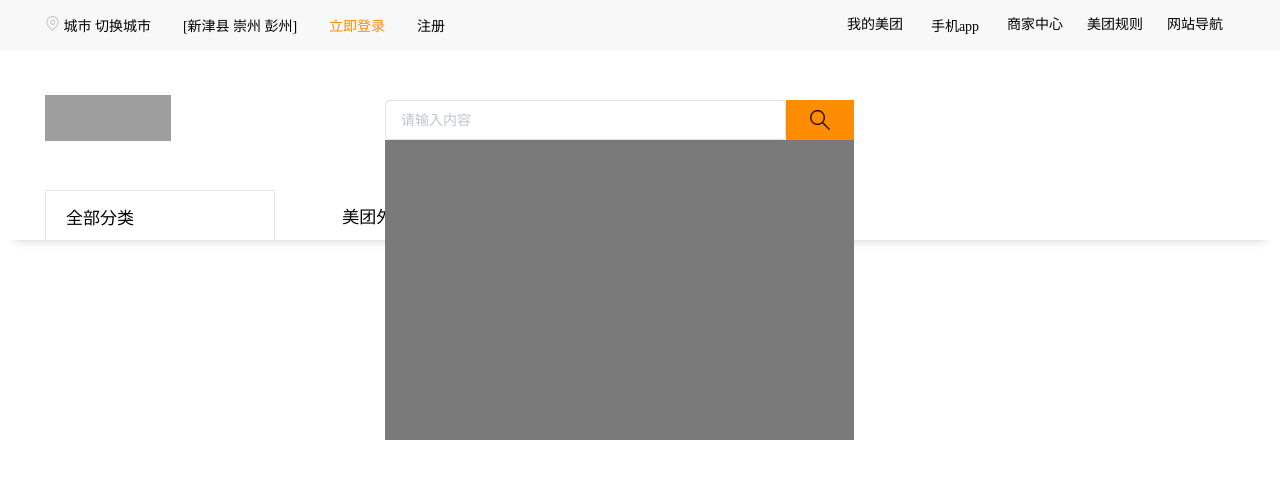
Repository: jinggegeZ/-
Page: /
These files come from the project's save history. The page is drawn as it stood at one moment and after the next save; the edit follows.
The browser window is 1280 px wide. The pictures show the whole page.
Pictures or frames that could not be fetched are drawn as grey boxes. The page's requests for data from a server got no answer. The project was rebuilt for these pictures with package versions that can differ from the ones it lists, and the page was loaded fresh each time. No one was signed in, and anything a server would have sent is missing. Also part of the build but not shown: vue.config.js.

Above is the page before, as saved 2020-08-20 14:38:31.

### src/main.js
import Vue from 'vue'
import App from './App.vue'
import router from './router'
import store from './store'
import api from '../src/http/api'
import ElementUI from 'element-ui';
import 'element-ui/lib/theme-chalk/index.css';

Vue.use(ElementUI);
Vue.config.productionTip = false
Vue.prototype.$api = api
new Vue({
  router,
  store,
  render: h => h(App)
}).$mount('#app')

### src/App.vue
<template>
  <div id="app">
    <router-view/>
  </div>
</template>

<style lang="scss">
@import '../src/style/style';
</style>

### src/http/api.js
import service from './index'

export default{
    //获取城市
    getprovince (){
        return service.get('/province')
    },
    //获取城市
    getposition(){
        return service.get('/position')
    },
    //2.关键词搜索
    getkeyword({city,keyword}){
        return service.get(`/results?city=${city}&keyword=${keyword}`)
    }
}

### src/style/style.css
* {
    margin: 0;
    padding: 0;

}
/* 这是css3媒体查询 */
@media screen and (max-width: 1200px) {
    .top {
        width: 960px !important;
    }
}
/* top样式 */
.topbox {
    width: 100%;
    display: flex;
    justify-content: center;
    background:rgb(248,248,248);
    font-size: 14px;
}
.topbox1 {
    width: 100%;
    display: flex;
    justify-content: center;
    box-shadow: 0px 15px 10px -15px #ccc;
    font-size: 14px;
}
.top {
    width: 1190px;

}
.top1 {

    height: 50px;
    display: flex;
    justify-content: space-between;
}
.leftbox {
    display: flex;
    align-items: center;
    width: 400px;
    justify-content: space-between;
}
.leftbox div:hover {
    color: #FE8C00;
}
.rightbox {
    display: flex;
    align-items: center;
    width: 400px;
    justify-content: space-between;
}
.rightbox1 {
    width: 100px;
    height: 50px;
    display: flex;
    align-items: center;
    justify-content: center;
    position: relative;

}
.postion {
    position: absolute;
    z-index: 999;
    width: 100%;
    height: 100%;
    text-align: center;
    line-height: 50px;
}
.rightbox2 {
    visibility: hidden;
    right: 0;
    position: absolute;
    z-index: 998;
    top: 99%;
    background: white;
    border-left: 1px solid rgb(229,229,229);
    border-bottom: 1px solid rgb(229,229,229);
    border-right: 1px solid rgb(229,229,229);
    box-shadow: 0px 0px 10px 0px #ccc;
}
.rightbox3 {
    height: 36px;
    line-height: 36px;
    text-align: center;
    width: 78px;
}
.rightbox4 {
    height: 36px;
    line-height: 36px;
    text-align: center;
    width: 118px;
}
.rightbox5 {
    width: 1190px;
    height: 300px;
    display: flex;
    justify-content: center;
}
.rightbox6 {
    width: 95%;
    height: 95%;
    display: flex;
    justify-content: space-between;
}
.rightbox6-1 {
    width: 200px;
}
.rightbox6-1-1 {
    width: 200px;
    height: 80px;
    display: flex;
    justify-content: center;
    align-items: center;
    font-size: 16px;
}
.rightbox6-1-2 {
    width: 200px;
    height: 190px;
    font-size: 12px;
}
.rightbox6-1-2-1 {
    height: 30px;
    width: 100%;
    display: flex;
    justify-content: space-between;
    align-items: center;
}
.rightbox6-1-2-2 {
    height: 30px;
    width: 100%;
    display: flex;
    justify-content: flex-start;
    align-items: center;
}
.rightbox6-2 {
    width: 100px;
}
.rightbox6-2-1 {
    width: 100px;
    height: 80px;
    display: flex;
    justify-content: center;
    align-items: center;
    font-size: 16px;
}
.rightbox6-2-1-1 {
    width: 100px;
    height: 190px;
    font-size: 12px;
}
.rightbox6-2 {
    width: 100px;
}
.rightbox6-2-1-1-font {
    width: 100%;
    height: 25px;
    display: flex;
    justify-content: center;
    align-items: center;
}
.rightbox6-3 {
    width: 350px;

}
.rightbox6-3-1 {
    width: 350px;
    height: 80px;
    display: flex;
    justify-content: center;
    align-items: center;
    font-size: 16px;
}
.rightbox6-3-1-1 {
    width: 350px;
    height: 190px;
    font-size: 12px;
}
.rightbox6-3-1-1-1 {
    width: 100%;
    height: 80px;
    display: flex;
    justify-content: space-around;
    align-items: center;
}
.rightbox6-3-1-1-1-img {
    width: 60px;
    height: 60px;
    border-radius: 5px;
}
.nav2box2font:hover {
    color: rgb(251,199,0);
}
.nav2box2font2:hover {
    color: red;
}
.postion:hover {
    color: #FE8C00;
}
.rightbox3:hover {
    color: #FE8C00;
}
.rightbox4:hover {
    color: #FE8C00;
}
.rightbox1:hover .rightbox2{
    visibility:visible
}
.rightbox1:hover {
    box-shadow: 0 3px 5px 0 rgba(0, 0, 0, 0.1);
}
.rightbox1:hover .postion {
    background-color: white;


}
.leftboximg {
    width: 15px;
    height: 15px;
}
.rightnow{
    color: #FE8C00;
}
/* nav部分 */
.nav {
    height: 140px;
    width: 100%;
    display: flex;
    align-items: center;
}
.nav1 {
    width: 240px;
    margin-right: 100px;
}
.nav1img {
    width: 126px;
    height: 46px;

}
.nav1input {
    display: flex;
    width: 469px;
    height: 50px;
    align-items: center;
}
.nav1input1 {
    width: 469px;
    position: relative;
}
.nav1input1box {
    position: absolute;
    top: 140px;
    width: 469px;
    height: 300px;
    overflow: auto;
    background: rgb(122, 122, 122);
}
.item {
    width: 100%;
    height: 50px;
    font-size: 12px;
    border: 1px solid rgb(229,229,229);
}
.nav1inputboox {
    width: 80px;
    height: 40px;
    background-color: #FE8C00;
    display: flex;
    justify-content: center;
    align-items: center;
}
.nav1inputbooximg {
    width: 20px;
    height: 20px;
}
.nav2 {
    width: 100%;
    height: 50px;
    display: flex;
}
.nav2box {
    width: 228px;
    height: 50px;
    border-left: 1px solid rgb(229,229,229);
    border-top: 1px solid rgb(229,229,229);
    border-right: 1px solid rgb(229,229,229);
    display: flex;
    align-items: center;
    font-size: 17px;
}
.all {
    padding-left: 20px;
}
.nav2box2 {
    margin-left: 60px;
    display: flex;
    align-items: center;
    justify-content: space-around;
    width: 500px;
    font-size: 17px;
}

### src/views/Home.vue
<template>
  <div>
      <top></top>
      <Navigation :city='city'></Navigation>
  </div>
</template>

<script>
import top from "../components/top/top";
import Navigation from "../components/Navigation/Navigation";
export default {
  name: "",
  props: {},
  components: {
    top,
    Navigation,
  },
  data() {
    return {
      city:''
    };
  },
  methods: {},
  mounted() {
    //获取省份
    this.$api
      .getprovince()
      .then((res) => {
        console.log(res);
      })
      .catch((err) => {});
    //获取城市
    this.$api
      .getposition()
      .then((res) => {
        this.city = JSON.parse(res.data).city
      })
      .catch((err) => {});
  },
  watch: {},
  computed: {},
};
</script>

<style scoped lang='scss'>

</style>

### src/http/index.js
import axios from 'axios'
// 创建一个axios的实列
const service = axios.create({
    // 请求的基础路径 如果配置了基础路径 基础路径在实际发请求的时候可以省略
    baseURL:'./api',
    timeout:10000
})

// 响应拦截
service.interceptors.response.use(res=>{
    return res.data
})

// 默认导出
export default service

### src/components/top/top.vue
<template>
  <div class="topbox">
    <div class="top">
      <div class="top1">
        <div class="leftbox">
          <div>
            <img class="leftboximg" src="../../../public/image/pos.png" alt /> 城市
            <span>切换城市</span>
          </div>
          <div>[新津县 崇州 彭州]</div>
          <div class="rightnow">立即登录</div>
          <div>注册</div>
        </div>
        <div class="rightbox">
          <div class="rightbox1">
            <div class="postion">我的美团</div>
            <div class="rightbox2">
              <div class="rightbox3">我的订单</div>
              <div class="rightbox3">我的收藏</div>
              <div class="rightbox3">抵用券</div>
              <div class="rightbox3">美团设置</div>
            </div>
          </div>

          <div class="rightbox1">手机app</div>
          <div class="rightbox1">
            <div class="postion">商家中心</div>
            <div class="rightbox2">
              <div class="rightbox4">美团餐饮用户中心</div>
              <div class="rightbox4">登录商家中心</div>
              <div class="rightbox4">美团智能收银</div>
              <div class="rightbox4">我想合作</div>
              <div class="rightbox4">手机免费开店</div>
              <div class="rightbox4">餐饮代理商招募</div>
              <div class="rightbox4">商家申请开票</div>
              <div class="rightbox4">免费合作美团排队</div>
            </div>
          </div>
          <div class="rightbox1">
            <div class="postion">美团规则</div>
            <div class="rightbox2">
              <div class="rightbox3">规则中心</div>
              <div class="rightbox3">规则目录</div>
              <div class="rightbox3">规则评议院</div>
            </div>
          </div>
          <div class="rightbox1">
            <div class="postion">网站导航</div>
            <div class="rightbox2">
              <div class="rightbox5">
                <div class="rightbox6">
                  <div class="rightbox6-1">
                    <div class="rightbox6-1-1">酒店旅游</div>
                    <div class="rightbox6-1-2">.
                        <div class="rightbox6-1-2-1">
                            <div>国际机票</div>
                            <div>火车票</div>
                            <div>民宿</div>
                        </div>
                        <div class="rightbox6-1-2-1">
                            <div>经济型酒店</div>
                            <div>主题酒店</div>
                            <div>商务酒店</div>
                        </div>
                        <div class="rightbox6-1-2-1">
                            <div>公寓</div>
                            <div>豪华酒店</div>
                            <div>客栈</div>
                        </div>
                        <div class="rightbox6-1-2-1">
                            <div>青年旅社</div>
                            <div>度假酒店</div>
                            <div>别墅</div>
                        </div>
                        <div class="rightbox6-1-2-2">
                            <div>农家院</div>
                        </div>

                    </div>
                  </div>
                  <div class="rightbox6-2">
                    <div class="rightbox6-2-1">吃美食</div>
                    <div class="rightbox6-2-1-1">
                        <div class="rightbox6-1-2-1">
                            <div>烤鱼</div>
                            <div>特色小吃</div>

                        </div>
                        <div class="rightbox6-1-2-1">
                            <div>烧烤</div>
                            <div>自助餐</div>

                        </div>
                        <div class="rightbox6-1-2-1">
                            <div>火锅</div>
                            <div>代金券</div>
                        </div>




                    </div>
                  </div>
                  <div class="rightbox6-2">
                    <div class="rightbox6-2-1">看电影</div>
                    <div class="rightbox6-2-1-1">
                        <div class="rightbox6-2-1-1-font">热映电影</div>
                        <div class="rightbox6-2-1-1-font">热门电影</div>
                        <div class="rightbox6-2-1-1-font">热映电影口碑榜</div>
                        <div class="rightbox6-2-1-1-font">最受期待电影</div>
                        <div class="rightbox6-2-1-1-font">国内票房榜</div>
                        <div class="rightbox6-2-1-1-font">北美票房榜</div>
                        <div class="rightbox6-2-1-1-font">电影排行榜</div>

                    </div>
                  </div>
                  <div class="rightbox6-3">
                  <div class="rightbox6-3-1">手机应用</div>
                    <div class="rightbox6-3-1-1">
                        <div class="rightbox6-3-1-1-1">
                            <div><img class="rightbox6-3-1-1-1-img" src="//s0.meituan.net/bs/fe-web-meituan/2d53095/img/appicons/meituan.png" alt=""></div>
                            <div><img class="rightbox6-3-1-1-1-img" src="//s1.meituan.net/bs/fe-web-meituan/404d350/img/appicons/waimai.png" alt=""></div>
                            <div><img class="rightbox6-3-1-1-1-img" src="https://p0.meituan.net/travelcube/162c3308d9622f6d9cfaa49e60be4dca8573.png" alt=""></div>
                            <div><img class="rightbox6-3-1-1-1-img" src="//s1.meituan.net/bs/fe-web-meituan/404d350/img/appicons/dianping.png" alt=""></div>
                            <div><img class="rightbox6-3-1-1-1-img" src="//s1.meituan.net/bs/fe-web-meituan/404d350/img/appicons/maoyan.png" alt=""></div>
                        </div>
                    </div>
                  </div>
                </div>
              </div>
            </div>
          </div>
        </div>
      </div>
    </div>
  </div>
</template>

<script>
export default {
  name: "",
  props: {},
  components: {},
  data() {
    return {};
  },
  methods: {},
  mounted() {},
  watch: {},
  computed: {},
};
</script>

<style scoped lang='scss'>
</style>

### src/components/Navigation/Navigation.vue
<template>
 <div class="topbox1">
  <div class="top">
    <div class="nav">
      <!-- 美团-->
      <div class="nav1">
        <div><img class="nav1img" src="//s0.meituan.net/bs/fe-web-meituan/fa5f0f0/img/logo.png" alt=""></div>
      </div>
     <!-- 搜索-->
      <div class="nav1input">
        <div class="nav1input">
        <el-input v-model="keyword" placeholder="请输入内容" @input="change"></el-input>
        <div class="nav1input1box">
          <div class="item" v-for="(item,index ) in arr" :key="index"> {{item.name}}</div>
        </div>
        </div>

        <div class="nav1inputboox"><img class="nav1inputbooximg" src="../../../public/image/search.png" alt=""></div>
      </div>
    </div>
    <div class="nav2">
      <div class="nav2box"><div class="all">全部分类</div></div>
      <div class="nav2box2">
        <div class="nav2box2font">美团外卖</div>
        <div class="nav2box2font2">猫眼电影</div>
        <div class="nav2box2font2">美团酒店</div>
        <div class="nav2box2font">民宿/公寓</div>
        <div class="nav2box2font">商家入驻</div>
        <div class="nav2box2font2">美团公寓</div>
      </div>
    </div>
  </div>
 </div>
</template>

<script>
 export default {
   name: '',
   props: {
     city:{
       type:String,
       default: ()=> ''
     }
   },
   components: {

   },
   data () {
     return {
       keyword: '',
        arr:[]
     }
   },
   methods: {
     //输入框change事件变化
     change(value){
       console.log(value);
       this.keyword = value
       this.$api.getkeyword({city:this.city,keyword:this.keyword}).then(res => {
         console.log(res);
         this.arr = res.data.pois
       }).catch (err => {})
     },
   },
   mounted() {
     console.log(this.city);
   },
   watch: {

   },
   computed: {

   }
 }
</script>

<style scoped lang='scss'>

</style>

Loaded but not shown: public/index.html (common file); src/router/index.js (common file); src/store/index.js (common file)

After the next save:
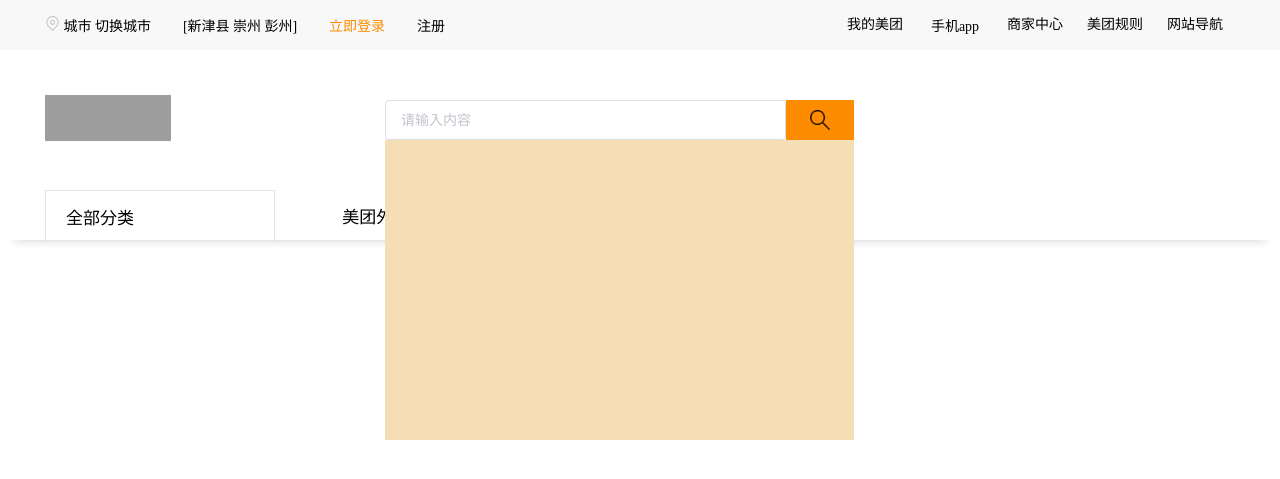
Saved 19 s later.
--- a/src/style/style.css
+++ b/src/style/style.css
@@ -252,7 +252,7 @@
     width: 469px;
     height: 300px;
     overflow: auto;
-    background: rgb(122, 122, 122);
+    background: wheat;
 }
 .item {
     width: 100%;
